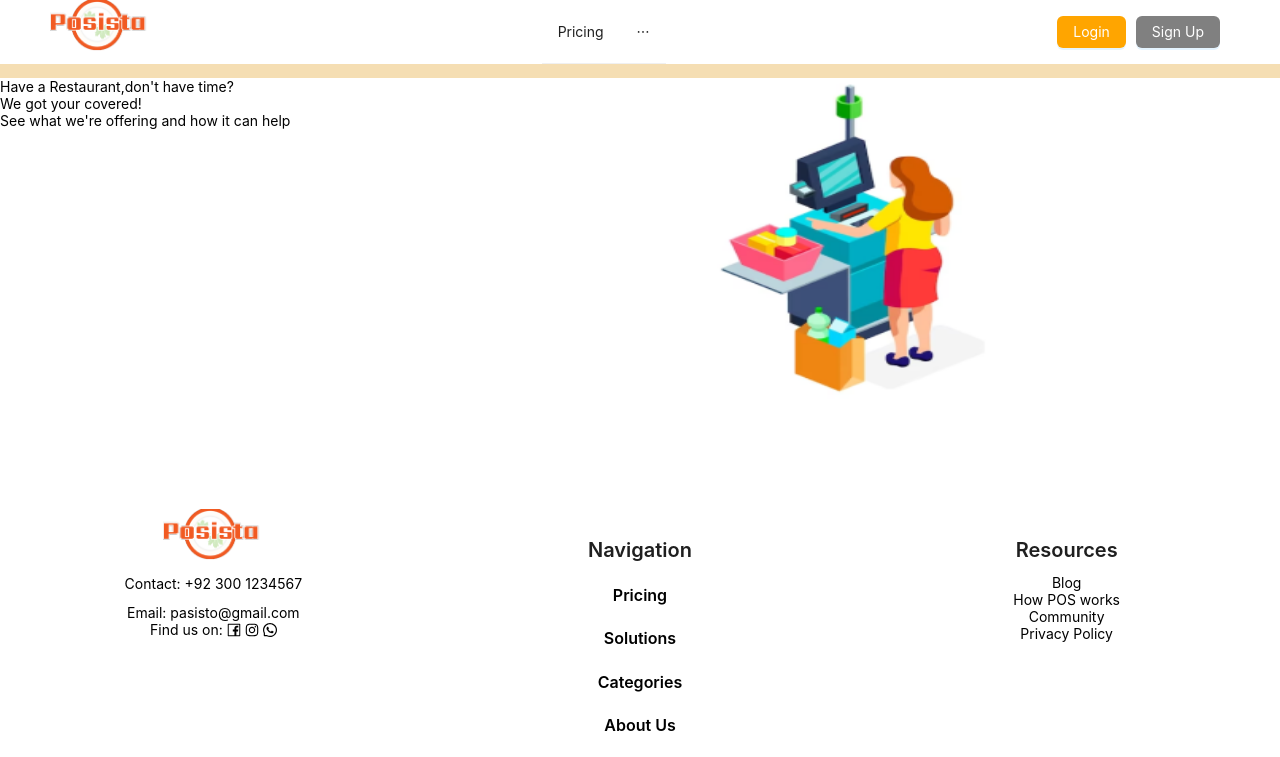
Repository: usmanarshad90/Posista
Page: / (app in test/)
The author's editor kept a copy of each file at every save. The page is drawn from the files as they stood at one save, then again after the next save.
The browser window is 1280 px wide. The pictures show the whole page.
The project was rebuilt for these pictures with package versions that can differ from the ones it lists, and the page was loaded fresh each time. Also part of the build but not shown: test/src/components/Pricing/Pricing.jsx, test/src/components/Solution/Solutions.jsx, test/src/components/About/AboutUs.jsx, test/src/components/login/login.jsx, test/src/components/signup/signup.jsx.

Above is the page before, as saved 2023-11-28 14:53:13.

After the next save:
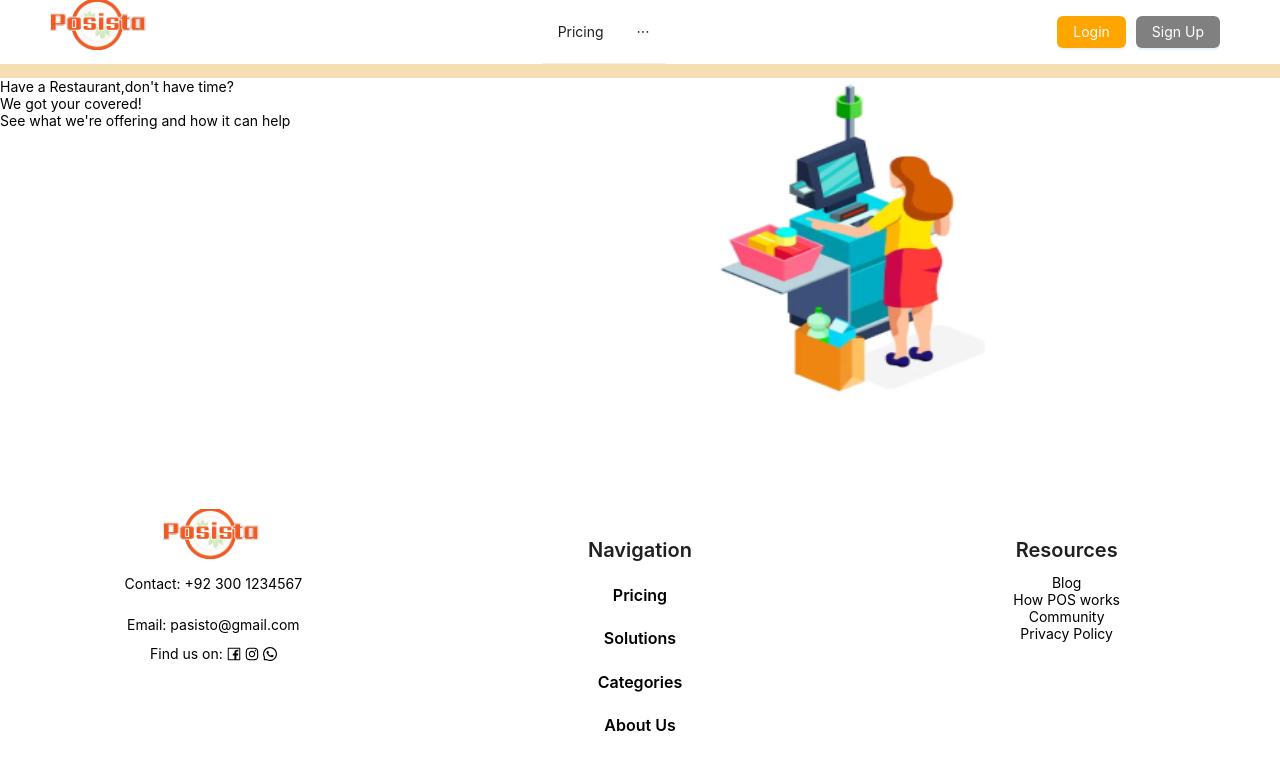
Saved 4 s later.
--- a/test/src/components/Footer/Footer.jsx
+++ b/test/src/components/Footer/Footer.jsx
@@ -20,7 +20,7 @@ const Footer = () => {
           </Link>
         </div>
         <div style={style}>Contact: +92 300 1234567</div>
-        <div>Email: pasisto@gmail.com</div>
+        <div style={style}>Email: pasisto@gmail.com</div>
         <div>
           Find us on: <FacebookOutlined /> <InstagramOutlined /> <WhatsAppOutlined />
         </div>
